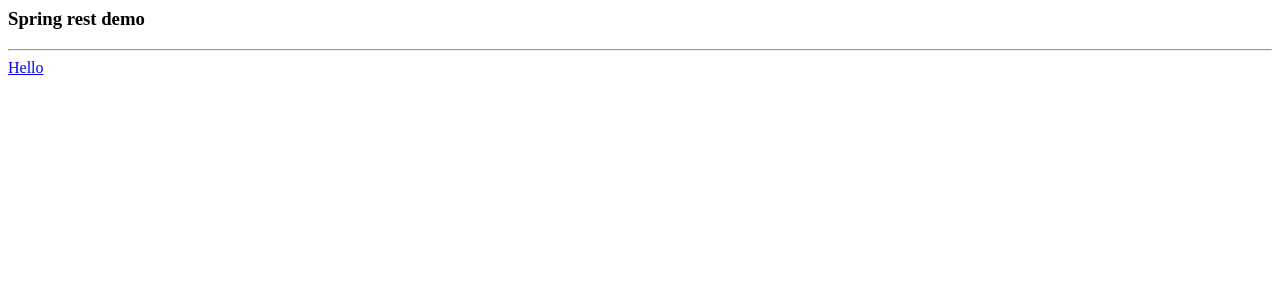
Repository: palash-07/Spring-and-Hibernate-includes-Spring-Boot-
Page: http://localhost/spring-rest-demo/
An editor plug-in stored every save of this project. The page is shown before and after the next save, followed by the edit.
The browser window is 1280 px wide. The pictures show the whole page.
The page is served by Tomcat 9.

Above is the page before, as saved 2022-07-05 06:57:49.

After the next save:
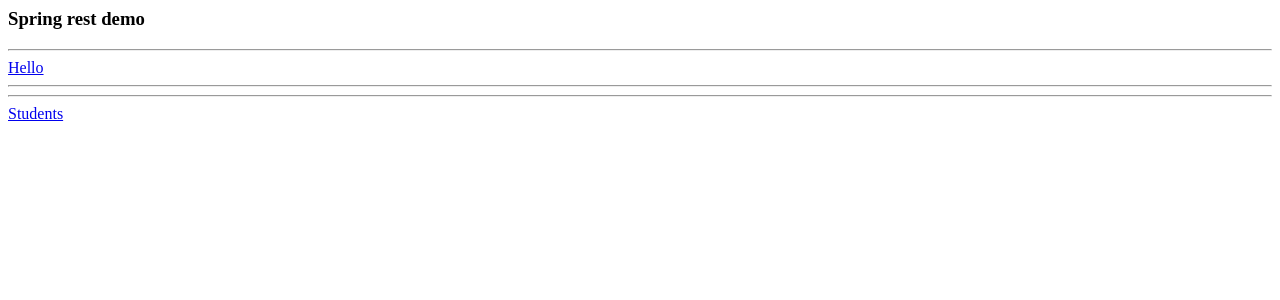
Saved 3 min 22 s later.
--- a/spring-rest-demo/src/main/webapp/index.jsp
+++ b/spring-rest-demo/src/main/webapp/index.jsp
@@ -7,5 +7,9 @@
 
 	<a href="${pageContext.request.contextPath}/test/hello">Hello</a>
 
+
+	<hr><hr>
+
+	<a href="${pageContext.request.contextPath}/api/students">Students</a>
 </body>
 </html>
